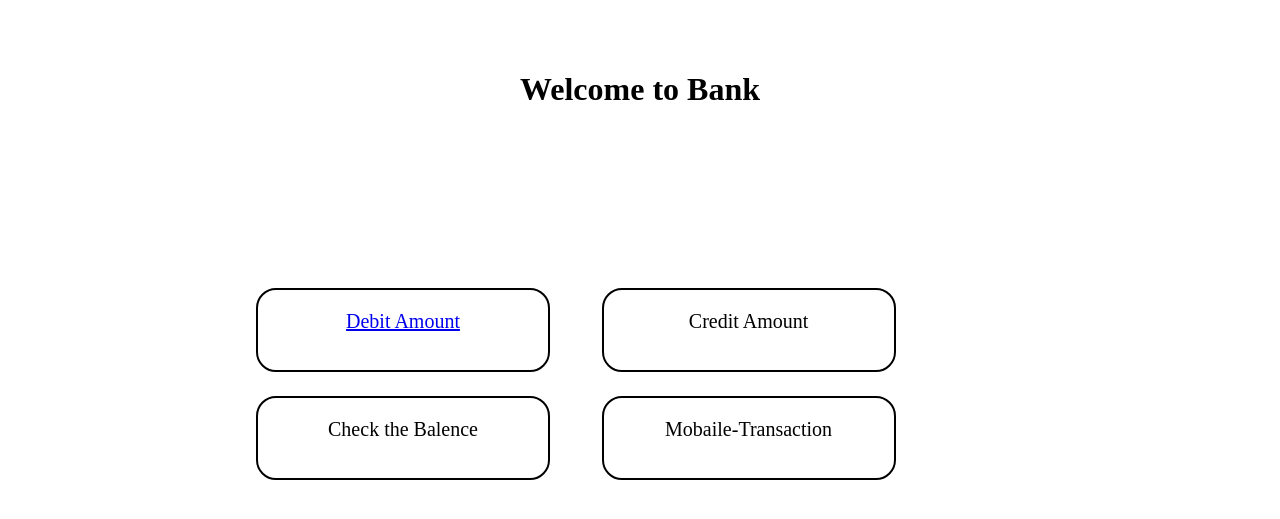
Repository: Boppesurya/advancedjav2
Page: Bank1/WebContent/BankHomePage.html
These files come from the project's save history. The page is drawn as it stood at one moment and after the next save; the edit follows.
The browser window is 1280 px wide. The pictures show the whole page.

Above is the page before, as saved 2023-06-06 07:35:35.

### Bank1/WebContent/BankHomePage.html
<!DOCTYPE html>
<html>
<head>
<meta charset="ISO-8859-1">
<title>Insert title here</title>
<style type="text/css">
h1{
text-align: center;
padding-top: 50px;

}
#sele1{
width:250px;
height: 40px;
border: 2px solid black;
font-size: 20px;
border-radius: 20px;
position: absolute;
top: 40%;
left: 20%;
padding:20px;
}
#sele2{
width:250px;
height: 40px;
border: 2px solid black;
font-size: 20px;
border-radius: 20px;
position: absolute;
top: 40%;
left:47%;
padding:20px;
}
#sele3{
width:250px;
height: 40px;
border: 2px solid black;
font-size: 20px;
border-radius: 20px;
position: absolute;
top: 55%;
left: 20%;
padding:20px;
}
#sele4{
width:250px;
height: 40px;
border: 2px solid black;
font-size: 20px;
border-radius: 20px;
position: absolute;
top: 55%;
left:47%;
padding:20px;
}
</style>
</head>
<body>
<h1 >Welcome to Bank</h1>
<center>
<section id="sele1"><a href="Debit.html">Debit Amount</a></section>
<section id="sele2">Credit Amount</section>
<section id="sele3">Check the Balence</section>
<section id="sele4">Mobaile-Transaction</section>
</center>
</body>
</html>

After the next save:
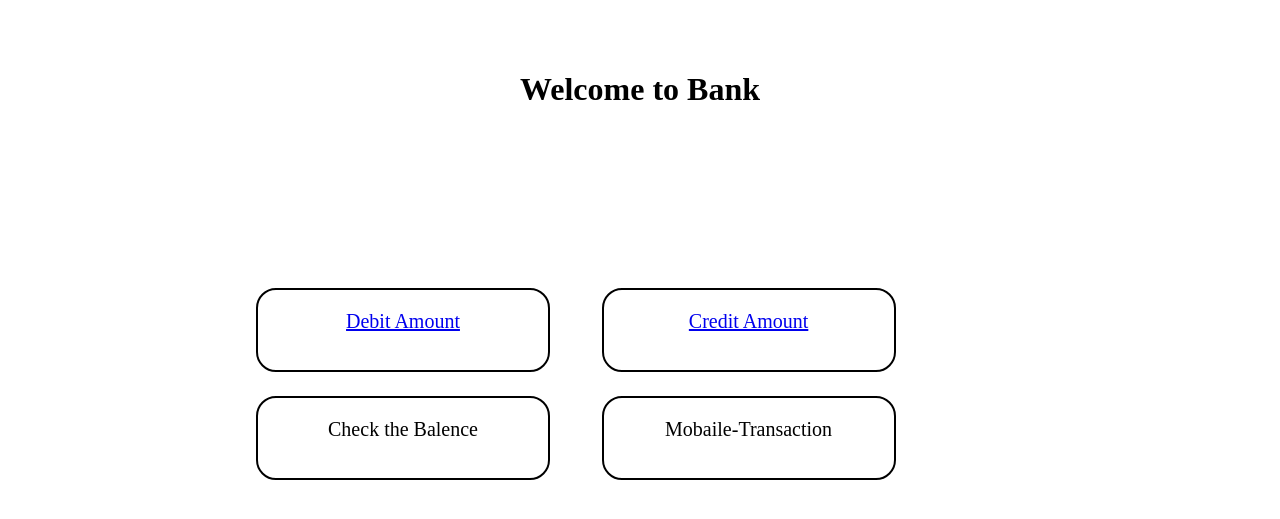
Saved 34 s later.
--- a/Bank1/WebContent/BankHomePage.html
+++ b/Bank1/WebContent/BankHomePage.html
@@ -59,7 +59,7 @@ padding:20px;
 <h1 >Welcome to Bank</h1>
 <center>
 <section id="sele1"><a href="Debit.html">Debit Amount</a></section>
-<section id="sele2">Credit Amount</section>
+<section id="sele2"><a href="Creadit.html">Credit Amount</a></section>
 <section id="sele3">Check the Balence</section>
 <section id="sele4">Mobaile-Transaction</section>
 </center>
